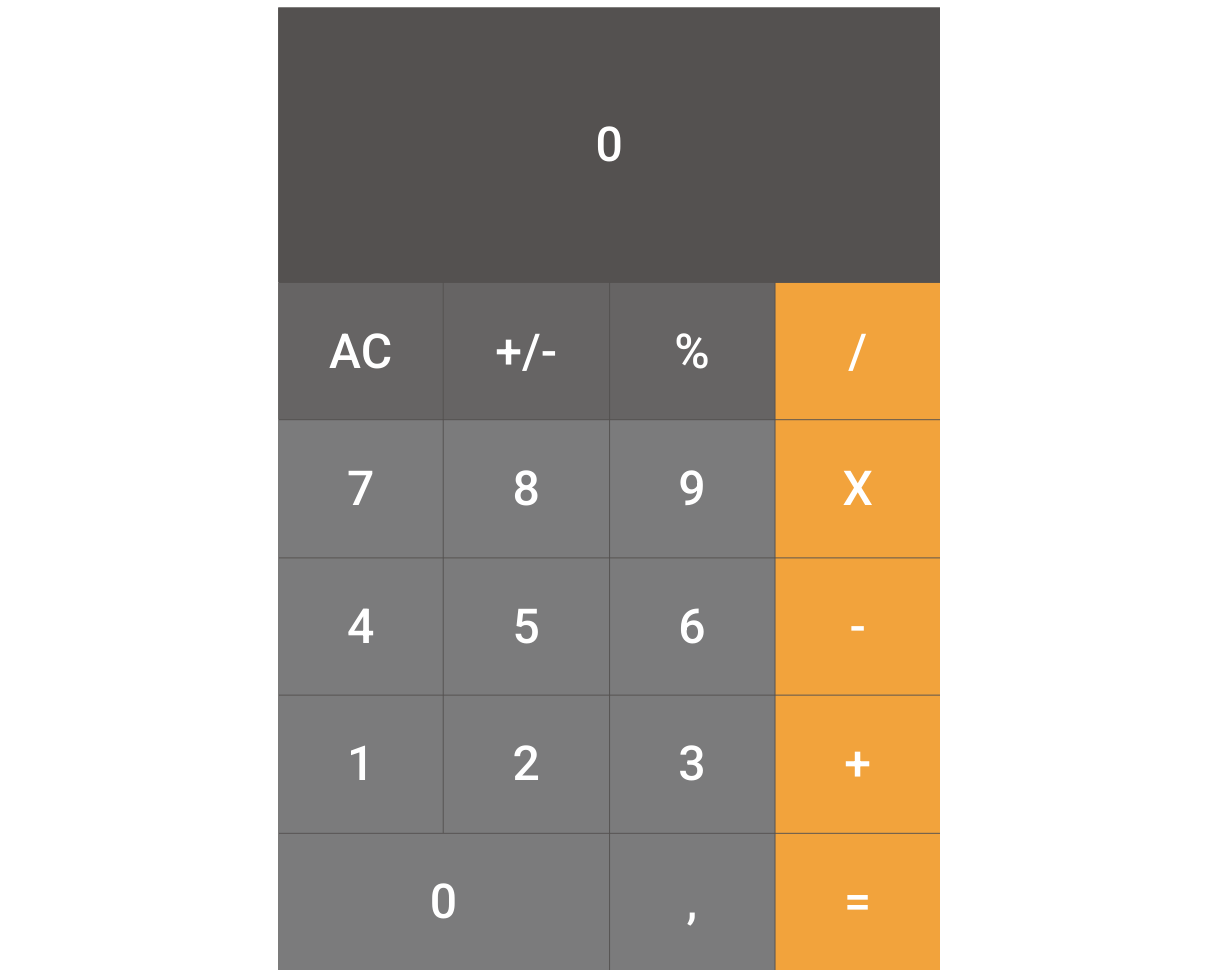
Repository: maciekto/calculatorOOP
Page: index.html
An editor plug-in stored every save of this project. The page is shown before and after the next save, followed by the edit.
The browser window is 1280 px wide. The page is 1288 px wide, so the pictures cover 1288 px, including what lies to the right of the window. The pictures show the whole page, at 94% of full size.

Above is the page before, as saved 2022-06-19 19:02:16.

### index.html
<!DOCTYPE html>
<html lang="en">
<head>
    <meta charset="UTF-8">
    <meta http-equiv="X-UA-Compatible" content="IE=edge">
    <meta name="viewport" content="width=device-width, initial-scale=1.0">
    <title>Document</title>
    <link rel="stylesheet" href="css.css">


</head>
<body>
    <main>
        <div class="Calc">
            <div class="Calc__result">0</div>

            <div class="Calc__reset">
                AC
            </div>
            <div class="Calc__opposite">
                +/-
            </div>
            <div class="Calc__percentages">
                %
            </div>
            <div class="Calc__divide">
                /
            </div>

            <div class="Calc__7">7</div>
            <div class="Calc__8">8</div>
            <div class="Calc__9">9</div>
            <div class="Calc__multiply">
                X
            </div>

            <div class="Calc__4">4</div>
            <div class="Calc__5">5</div>
            <div class="Calc__6">6</div>
            <div class="Calc__substraction">
                -
            </div>

            <div class="Calc__1">1</div>
            <div class="Calc__2">2</div>
            <div class="Calc__3">3</div>
            <div class="Calc__addition">
                +
            </div>

            <div class="Calc__0">0</div>
            <div class="Calc__comma">,</div>
            <div class="Calc__isequal">
                =
            </div>

        </div>
    </main>

    <script src="js.js"></script>
</body>
</html>

### css.css
@import url('https://fonts.googleapis.com/css2?family=Roboto:wght@400;500;700&display=swap');

* {
    font-family: 'Roboto', sans-serif;
    font-weight: 500;
    box-sizing: border-box;
}

main {
    width: 100vw;
    height: 100vh;
    display: grid;
    place-items: center;
}

.Calc {
    max-width: 60vw;
    width: 55vw;
    height: 80vw;
    background: #545150;
    color: white;
    display: grid;
    grid-template-columns: repeat(4, 1fr);
    grid-template-rows: repeat(7, 1fr);
    grid-template-areas:
    "result result result result"
    "result result result result"
    "reset opposite percentages divide"
    "seven eight nine multiply"
    "four five six substraction"
    "one two three addition"
    "zero zero comma isequal"
    ;
    grid-gap: 1px;
    font-size: 4vw;
}
.Calc div {
    display: grid;
    place-items: center;
    background: #7b7b7c;
}
.Calc__result {
    grid-area: result;
    background: #545150 !important;
    display: flex;
    align-items: flex-end;
}
.Calc__reset {
    background: #666464 !important;
}
.Calc__opposite {
    background: #666464 !important;
}
.Calc__percentages {
    background: #666464 !important;
}
.Calc__divide {
    background: #f2a33c !important;
}
.Calc__multiply {
    background: #f2a33c !important;
}
.Calc__substraction {
    background: #f2a33c !important;
}
.Calc__addition {
    background: #f2a33c !important;
}
.Calc__isequal {
    background: #f2a33c !important;
}


.Calc__0 {
    grid-area: zero;
}

### js.js
console.log('siemano')

After the next save:
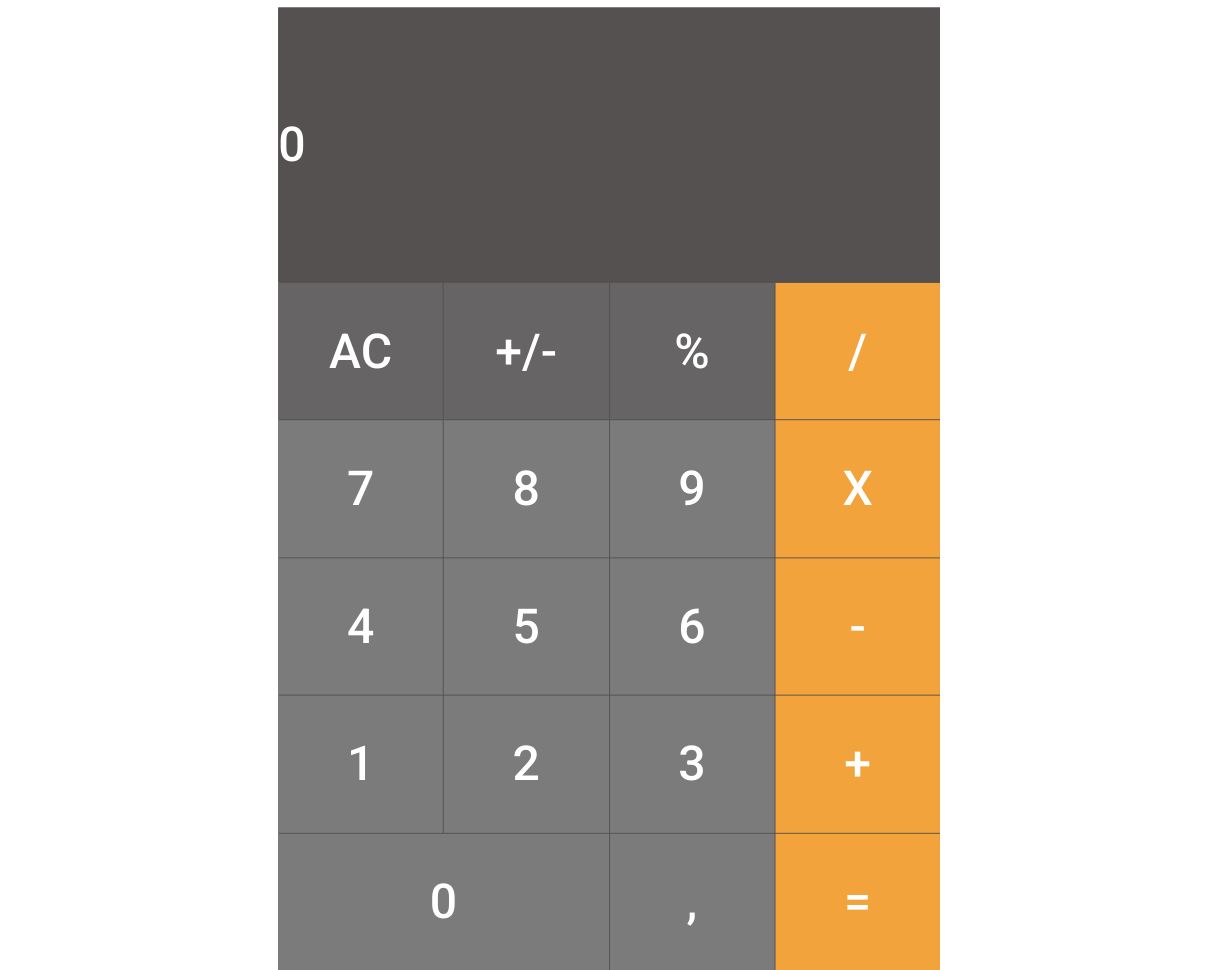
Saved 4 s later.
--- a/css.css
+++ b/css.css
@@ -42,7 +42,7 @@ main {
 .Calc__result {
     grid-area: result;
     background: #545150 !important;
-    display: flex;
+    display: flex !important;
     align-items: flex-end;
 }
 .Calc__reset {
